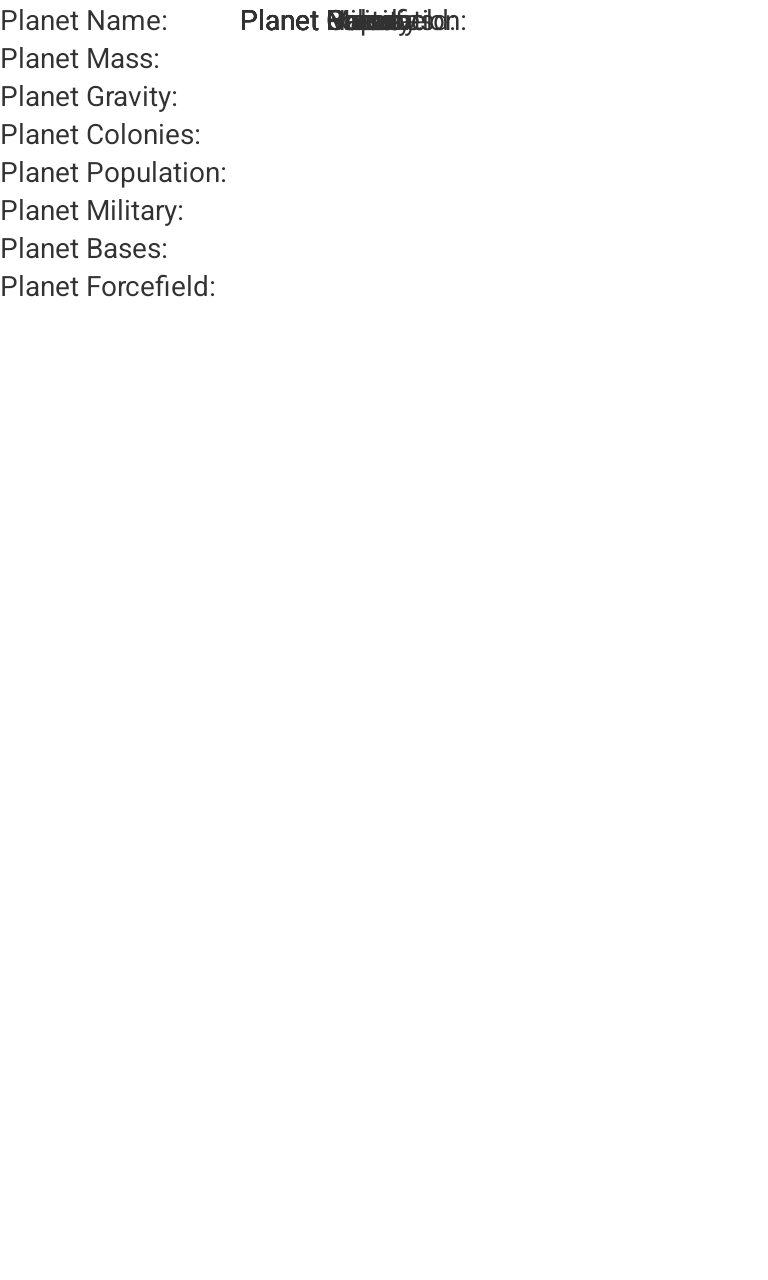
Repository: blender-head/android_basic
Layout: Hello_World/res/layout/activity_main.xml
An editor plug-in stored every save of this project. The layout is shown before and after the next save, followed by the edit.
It is drawn on a 768 x 1280 px phone screen (xhdpi) without system bars, with theme AppTheme; the app's code is not run. The app's manifest (not shown) leaves right-to-left support off. So textAlignment, textDirection and layoutDirection are ignored, and left and right values win over start and end ones.

Above is the layout before, as saved 2013-12-31 16:45:20.

### Hello_World/res/layout/activity_main.xml
<RelativeLayout xmlns:android="http://schemas.android.com/apk/res/android"
    xmlns:tools="http://schemas.android.com/tools"
    android:layout_width="match_parent"
    android:layout_height="match_parent"
    tools:context=".MainActivity" >

    <!-- Planet Name label -->
	<TextView
        android:id="@+id/textView1"
        android:layout_width="wrap_content"
        android:layout_height="wrap_content"
        android:text="@string/planet_name_label" />

	<!-- Planet Name data -->
	<TextView
        android:id="@+id/dataView1"
        android:layout_toRightOf="@+id/textView1"
        android:layout_marginLeft="36dip"
        android:layout_width="wrap_content"
        android:layout_height="wrap_content"
        android:text="@string/planet_name_label" />

	<!-- Planet Mass label -->
	<TextView
        android:id="@+id/textView2"
        android:layout_below="@+id/textView1"
        android:layout_width="wrap_content"
        android:layout_height="wrap_content"
        android:text="@string/planet_mass_label" />

	<!-- Planet Mass data -->
	<TextView
        android:id="@+id/dataView2"
        android:layout_toRightOf="@+id/textView2"
        android:layout_alignStart="@+id/dataView1"
        android:layout_alignBelow="@+id/dataView1"
        android:layout_width="wrap_content"
        android:layout_height="wrap_content"
        android:text="@string/planet_mass_label" />

	<!-- Planet Gravity label -->
	<TextView
        android:id="@+id/textView3"
        android:layout_below="@+id/textView2"
        android:layout_width="wrap_content"
        android:layout_height="wrap_content"
        android:text="@string/planet_gravity_label" />

	<!-- Planet Gravity data -->
	<TextView
        android:id="@+id/dataView3"
        android:layout_toRightOf="@+id/textView3"
        android:layout_alignStart="@+id/dataView1"
        android:layout_alignBelow="@+id/dataView3"
        android:layout_width="wrap_content"
        android:layout_height="wrap_content"
        android:text="@string/planet_gravity_label" />

	<!-- Planet Colonies label -->
	<TextView
        android:id="@+id/textView4"
        android:layout_below="@+id/textView3"
        android:layout_width="wrap_content"
        android:layout_height="wrap_content"
        android:text="@string/planet_colonies_label" />

	<!-- Planet Colonies data -->
	<TextView
        android:id="@+id/dataView4"
        android:layout_toRightOf="@+id/textView4"
        android:layout_alignStart="@+id/dataView1"
        android:layout_alignBelow="@+id/dataView3"
        android:layout_width="wrap_content"
        android:layout_height="wrap_content"
        android:text="@string/planet_colonies_label" />

	<!-- Planet Poulation label -->
	<TextView
        android:id="@+id/textView5"
        android:layout_below="@+id/textView4"
        android:layout_width="wrap_content"
        android:layout_height="wrap_content"
        android:text="@string/planet_population_label" />

	<!-- Planet Poulation data -->
	<TextView
        android:id="@+id/dataView5"
        android:layout_toRightOf="@+id/textView5"
        android:layout_alignStart="@+id/dataView1"
        android:layout_alignBelow="@+id/dataView4"
        android:layout_width="wrap_content"
        android:layout_height="wrap_content"
        android:text="@string/planet_population_label" />

	<!-- Planet Military label -->
	<TextView
        android:id="@+id/textView6"
        android:layout_below="@+id/textView5"
        android:layout_width="wrap_content"
        android:layout_height="wrap_content"
        android:text="@string/planet_military_label" />

	<!-- Planet Military data -->
	<TextView
        android:id="@+id/dataView6"
        android:layout_toRightOf="@+id/textView6"
        android:layout_alignStart="@+id/dataView1"
        android:layout_alignBelow="@+id/dataView5"
        android:layout_width="wrap_content"
        android:layout_height="wrap_content"
        android:text="@string/planet_military_label" />

	<!-- Planet Base label -->
	<TextView
        android:id="@+id/textView7"
        android:layout_below="@+id/textView6"
        android:layout_width="wrap_content"
        android:layout_height="wrap_content"
        android:text="@string/planet_bases_label" />

	<!-- Planet Base data -->
	<TextView
        android:id="@+id/dataView7"
        android:layout_toRightOf="@+id/textView7"
        android:layout_alignStart="@+id/dataView1"
        android:layout_alignBelow="@+id/dataView6"
        android:layout_width="wrap_content"
        android:layout_height="wrap_content"
        android:text="@string/planet_bases_label" />

	<!-- Planet Force Field label -->
	<TextView
        android:id="@+id/textView8"
        android:layout_below="@+id/textView7"
        android:layout_width="wrap_content"
        android:layout_height="wrap_content"
        android:text="@string/planet_forcefield_label" />

	<!-- Planet Force Field data -->
	<TextView
        android:id="@+id/dataView8"
        android:layout_toRightOf="@+id/textView8"
        android:layout_alignStart="@+id/dataView1"
        android:layout_alignBelow="@+id/dataView7"
        android:layout_width="wrap_content"
        android:layout_height="wrap_content"
        android:text="@string/planet_forcefield_label" />

</RelativeLayout>

### Hello_World/res/values/strings.xml
<?xml version="1.0" encoding="utf-8"?>
<resources>

    <string name="app_name">Hello_World</string>
    <string name="action_settings">Settings</string>
    <string name="hello_world">Hello world!</string>

    <string name="planet_name_label">Planet Name: </string>
	<string name="planet_mass_label">Planet Mass: </string>
	<string name="planet_gravity_label">Planet Gravity: </string>
	<string name="planet_colonies_label">Planet Colonies: </string>
	<string name="planet_population_label">Planet Population: </string>
	<string name="planet_military_label">Planet Military: </string>
	<string name="planet_bases_label">Planet Bases: </string>
	<string name="planet_forcefield_label">Planet Forcefield: </string>

</resources>

Loaded but not shown: Hello_World/res/values/styles.xml (common file); Hello_World/res/values-v11/styles.xml (common file); Hello_World/res/values-v14/styles.xml (common file)

After the next save:
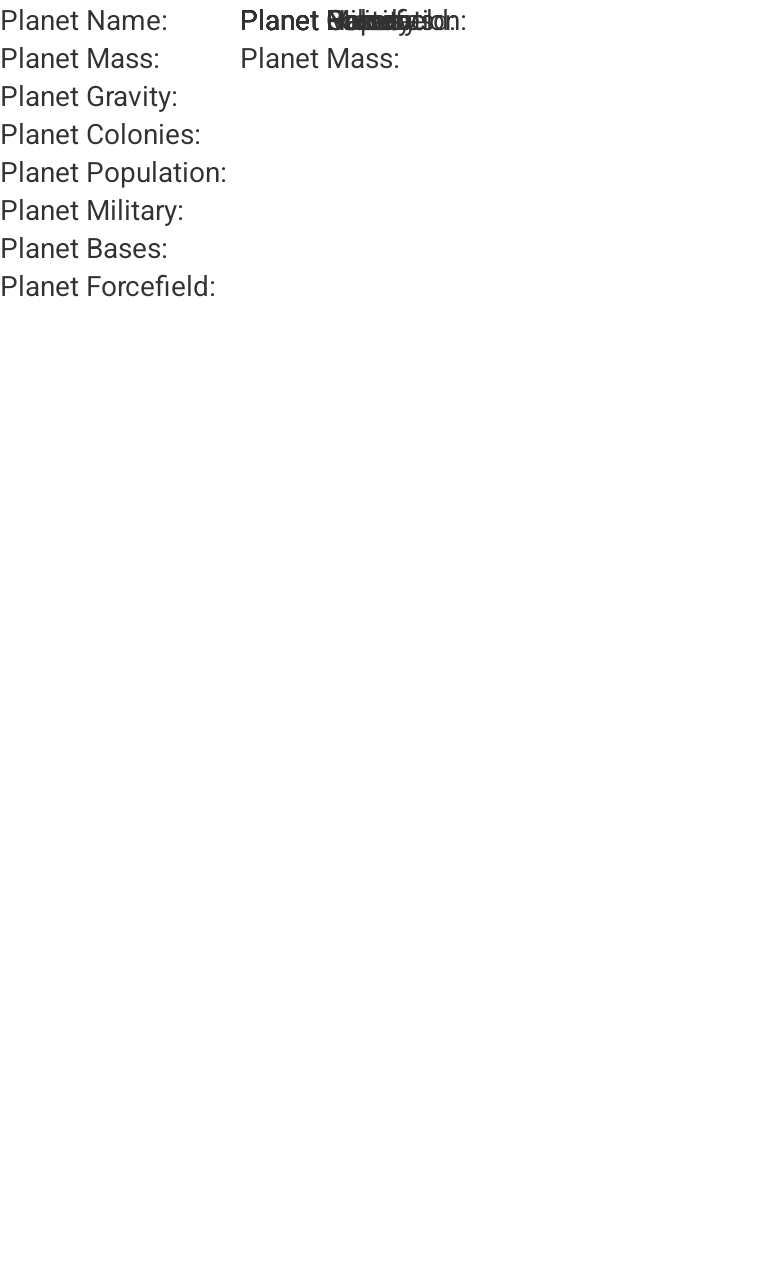
Saved 17 s later.
--- a/Hello_World/res/layout/activity_main.xml
+++ b/Hello_World/res/layout/activity_main.xml
@@ -33,7 +33,7 @@
         android:id="@+id/dataView2"
         android:layout_toRightOf="@+id/textView2"
         android:layout_alignStart="@+id/dataView1"
-        android:layout_alignBelow="@+id/dataView1"
+        android:layout_below="@+id/dataView1"
         android:layout_width="wrap_content"
         android:layout_height="wrap_content"
         android:text="@string/planet_mass_label" />
